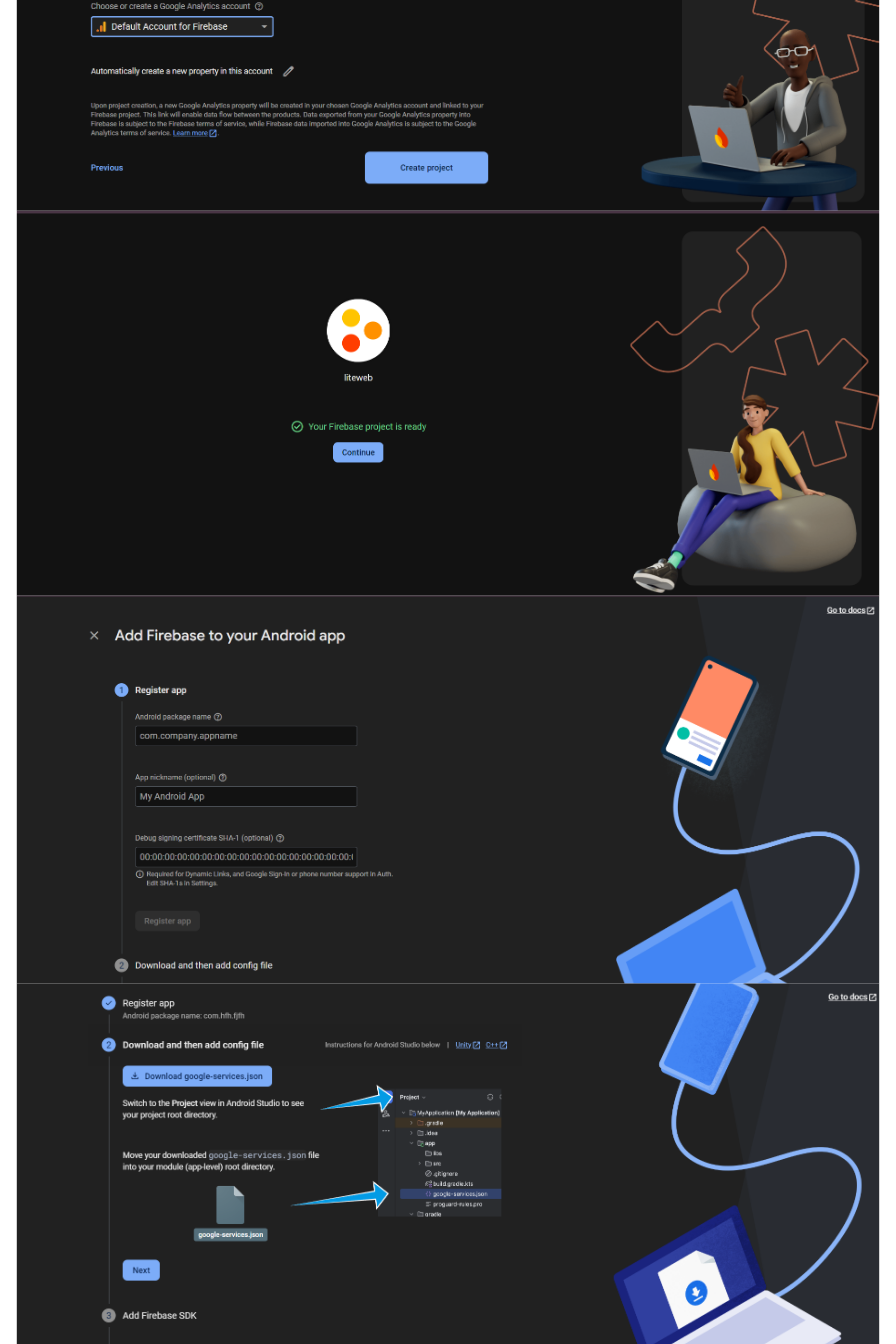
Repository: Safin421/lite--web
Page: index.html
An editor plug-in stored every save of this project. The page is shown before and after a run of saves, followed by the edit.
The browser window is 1280 px wide. The pictures show the part of the page from y = 4580 to 6500 px (the page is 9332 px tall before and 9356 px after), at 70% of full size.
A picture or video elsewhere on the page could not be fetched, so the positions and the page height are approximate. Some web libraries are served in a nearby version.

Above is the page before, as saved 2024-10-31 11:57:55.

After the next 13 saves:
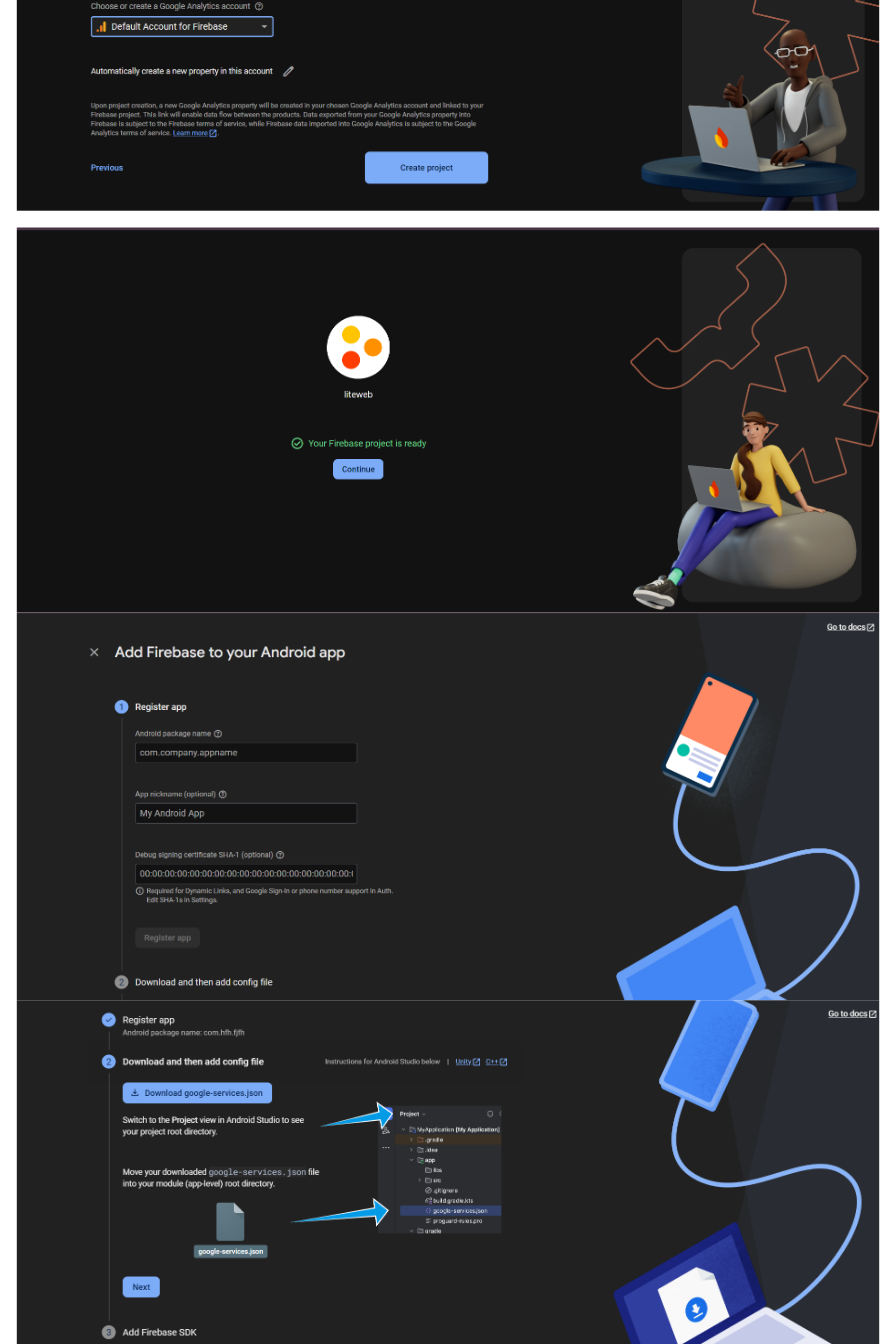
The 13 saves are shown as one change because they came seconds apart.
The last was saved 19 s later.
--- a/index.html
+++ b/index.html
@@ -142,7 +142,8 @@
                           src='images/firebase4.png'
                           alt=''
                           />
-                      </figure
+                      </figure><br>
+                      <!-- img5 -->
                       <figure>
                         <img
                           src='images/firebase5.png'
